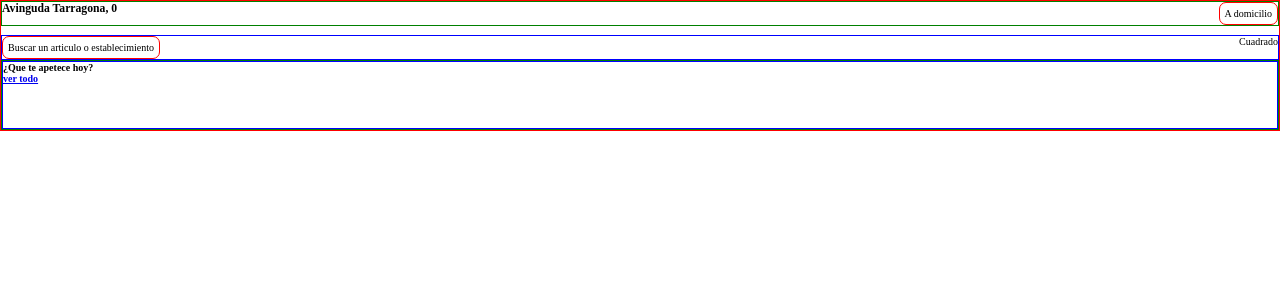
Repository: Srpinedaa/justEat
Page: index.html
These files come from the project's save history. The page is drawn as it stood at one moment and after the next save; the edit follows.
The browser window is 1280 px wide. The pictures show the whole page.

Above is the page before, as saved 2024-09-26 15:40:26.

### index.html
<!DOCTYPE html>
<html lang="en">

<head>
    <meta charset="UTF-8">
    <meta name="viewport" content="width=, initial-scale=1.0">
    <title>Just Eat</title>
    <link rel="stylesheet" href="css/estilos.css">
</head>

<body>
    <div id="all">
        <header>
            <div id="navDireccion">
                <h3 class = "direccion">Avinguda Tarragona, 0</h3>
                <div class= "formaPedido">A domicilio</div>
            </div>

            <div id="navBuscador">
                <div class="buscador">Buscar un articulo o establecimiento</div>
                <div class = "opciones">Cuadrado</div>
            </div>
        </header>
        <main>
            <div id = "contenido">
                <div id="bloque1">
                    <section class="bloque1Sesion1">
                        <h4>¿Que te apetece hoy?</h4>
                        <h4><a href="#">ver todo</a></h4>
                    </section>
                    <section class="bloque1Sesion2">
                        <div class="fotoComida"> <img src="" alt=""></div>
                        <div class="fotoComida"> <img src="" alt=""></div>
                        <div class="fotoComida"> <img src="" alt=""></div>
                        <div class="fotoComida"> <img src="" alt=""></div>
                    </section>
                </div>
            </div>
        </main>
        <footer></footer>
    </div>
</body>

</html>

### css/estilos.css
*{
    margin: 0;
    padding: 0;
    box-sizing: border-box;
}

html{
    font-size: 62.5%;
}

#all{
    border: 1px solid red;
}

#navDireccion{
    border: 1px solid green;
    display: flex;
    justify-content: space-between;
    margin-bottom: 9px;
}

.formaPedido{
    border: 1px solid red;
    border-radius: 7px;
    padding: 5px;
}

#navBuscador{
    border: 1px solid blue;
    display: flex;
    justify-content: space-between;
}

.buscador{
    border: 1px solid red;
    border-radius: 7px;
    padding: 5px;
}

#contenido{
    border: 1px solid green;
}

#bloque1{
    border: 1px solid blue;
    display: flex;
    flex-direction: column;

}

After the next save:
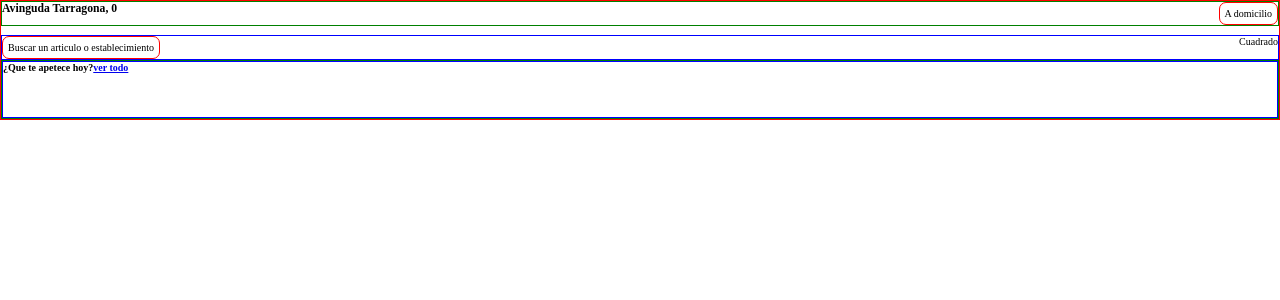
Saved 15 s later.
--- a/css/estilos.css
+++ b/css/estilos.css
@@ -45,5 +45,8 @@
     border: 1px solid blue;
     display: flex;
     flex-direction: column;
+}
 
+.bloque1Sesion1{
+    display: flex;
 }
